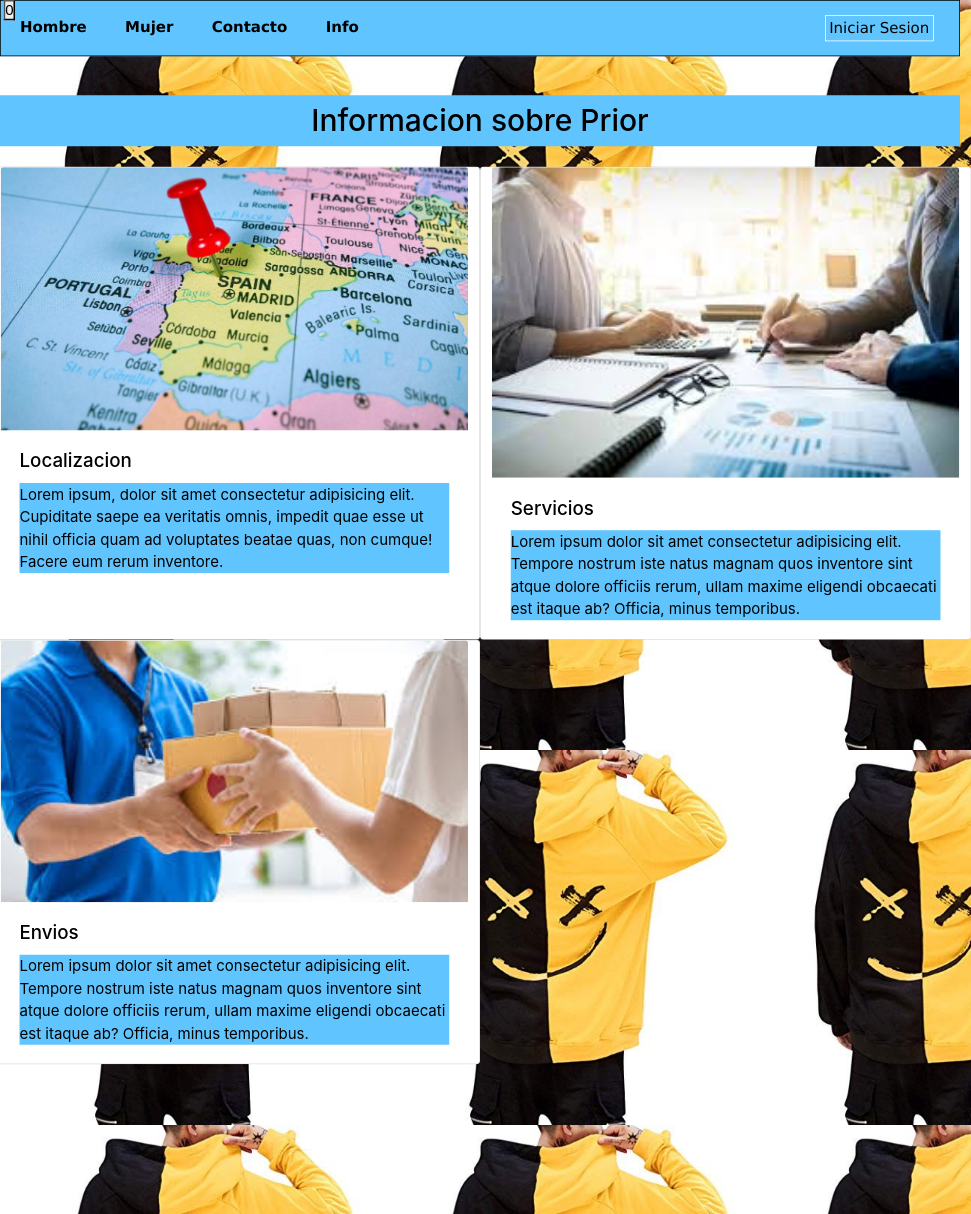
Repository: danilugones10/Proyecto
Page: info.html
An editor plug-in stored every save of this project. The page is shown before and after the next save, followed by the edit.
The browser window is 1280 px wide. The page is 1295 px wide, so the pictures cover 1295 px, including what lies to the right of the window. The pictures show the whole page, at 75% of full size.

Above is the page before, as saved 2021-03-08 19:03:44.

After the next save:
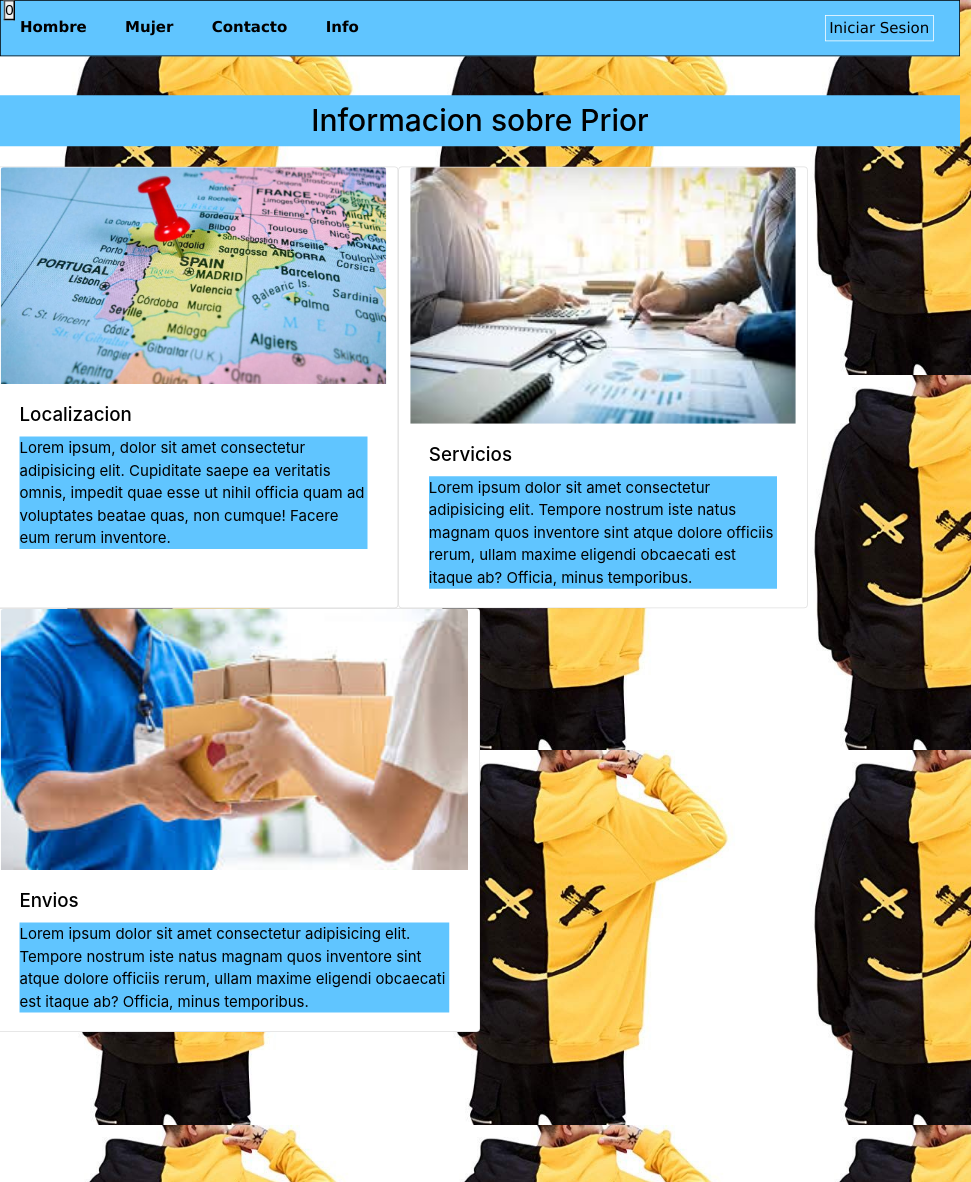
Saved 16 s later.
--- a/info.html
+++ b/info.html
@@ -17,14 +17,14 @@
 
         <h1>Informacion sobre Prior</h1>
         <div class="row">
-            <div class="card col-md-6">
+            <div class="card col-md-5">
               <img src="css/img/mapa.jpg" class="card-img-top" alt="...">
               <div class="card-body">
                 <h5 class="card-title">Localizacion</h5>
                 <p class="card-text">Lorem ipsum, dolor sit amet consectetur adipisicing elit. Cupiditate saepe ea veritatis omnis, impedit quae esse ut nihil officia quam ad voluptates beatae quas, non cumque! Facere eum rerum inventore.</p>
               </div>
             </div>
-            <div class="card col-md-6">
+            <div class="card col-md-5">
                 <img src="css/img/servicios.jpg" class="card-img-top" alt="...">
                 <div class="card-body">
                   <h5 class="card-title">Servicios</h5>

After the save that followed:
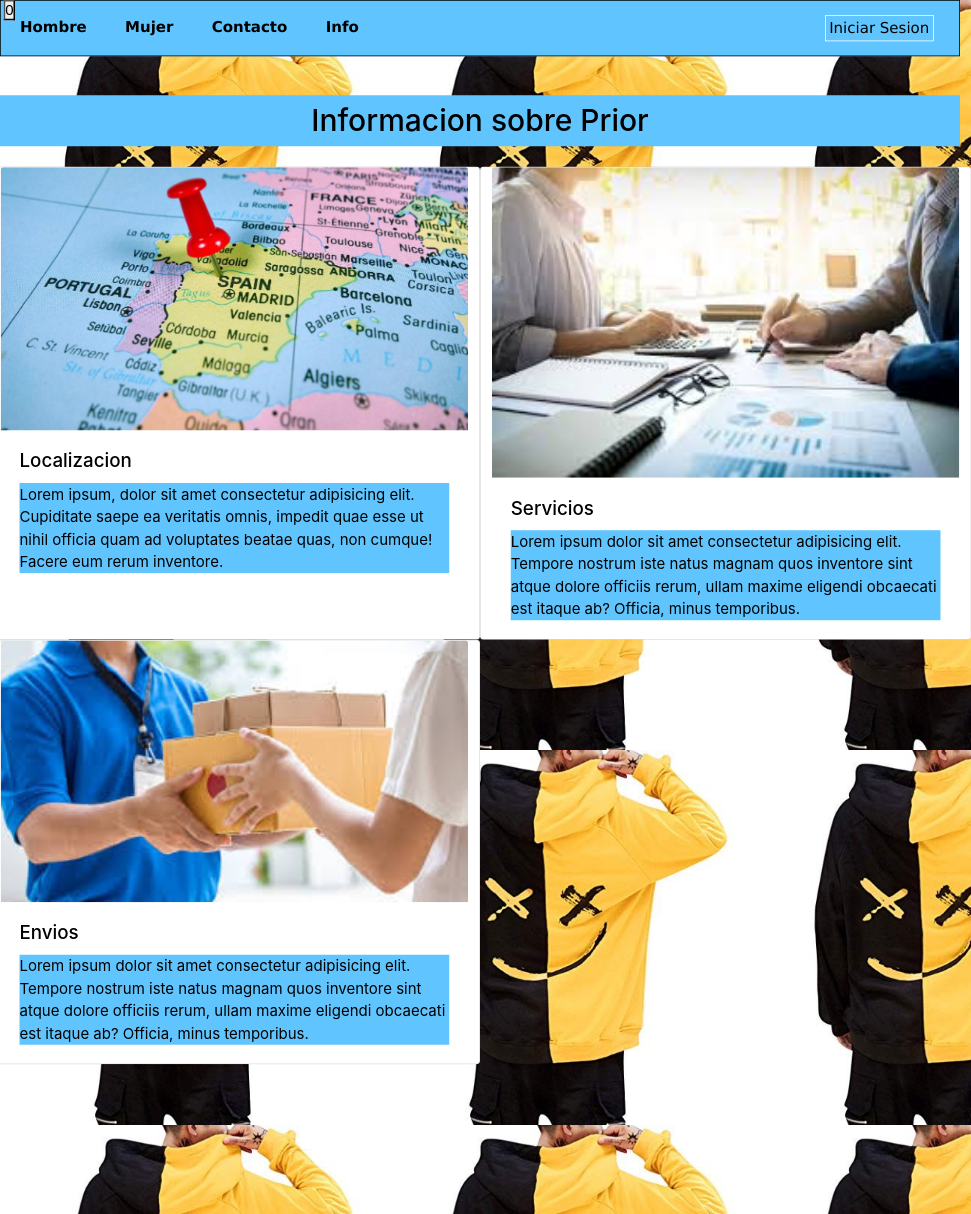
Saved 7 s later.
--- a/info.html
+++ b/info.html
@@ -17,14 +17,14 @@
 
         <h1>Informacion sobre Prior</h1>
         <div class="row">
-            <div class="card col-md-5">
+            <div class="card col-md-6">
               <img src="css/img/mapa.jpg" class="card-img-top" alt="...">
               <div class="card-body">
                 <h5 class="card-title">Localizacion</h5>
                 <p class="card-text">Lorem ipsum, dolor sit amet consectetur adipisicing elit. Cupiditate saepe ea veritatis omnis, impedit quae esse ut nihil officia quam ad voluptates beatae quas, non cumque! Facere eum rerum inventore.</p>
               </div>
             </div>
-            <div class="card col-md-5">
+            <div class="card col-md-6">
                 <img src="css/img/servicios.jpg" class="card-img-top" alt="...">
                 <div class="card-body">
                   <h5 class="card-title">Servicios</h5>
